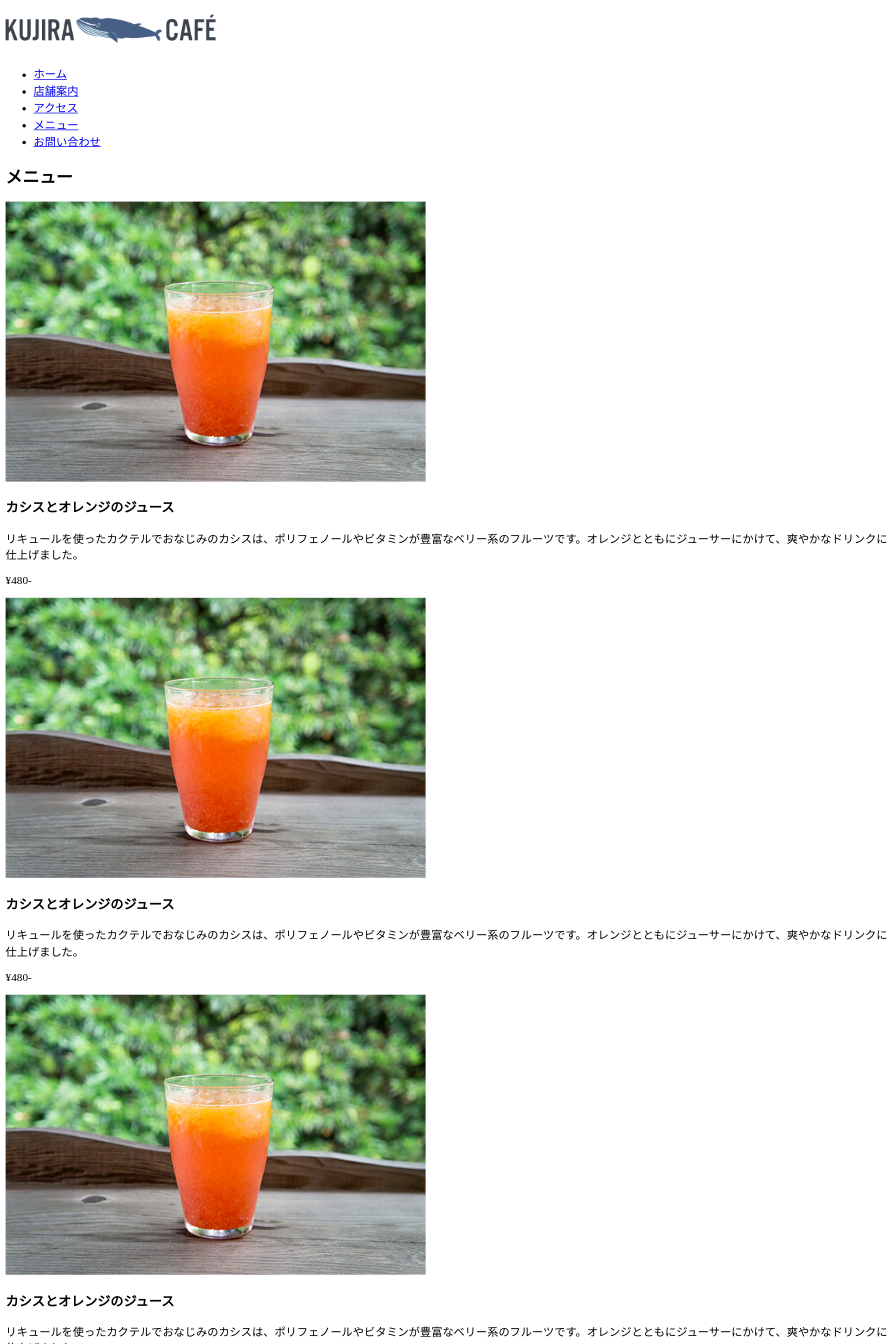
Repository: U-dias/work3
Page: cafe/menu.html
The author's editor kept a record of every edit. The page is drawn from the files as they stood at one moment, then again after the next edit.
The browser window is 1280 px wide. The pictures show the part of the page from y = 0 to 1920 px (the page is 2587 px tall), at 70% of full size.

Above is the page before.

### cafe/menu.html
<!doctype html>
<html>
  <head>
  <meta charset="utf-8">
  <title>メニュー | KUJIRA Cafe</title>
  </head>
  <body>
    <div class="wrapper">
      <!--ヘッダー-->
        <header class="hearder">
          <h1 class="logo"> <a href="index.html"><img src="images/logo.png" alt="KUJIRA Cafe"></a></h1>
          <nav class="nav">
              <ul>
                <li><a href="index.html">ホーム</a></li>
                <li><a href="about.html">店舗案内</a></li>
                <li><a href="access,html">アクセス</a></li>
                <li><a href="menu.html">メニュー</a></li>
                <li><a href="contact.html">お問い合わせ</a></li>

              </ul>
          </nav>
        </header>
        <!--ヘッダーここまで-->
        <!--メイン-->

        <main>
          <h2>メニュー</h2>
          <div class="menu-block">
            <div class="menu-item">
              <div class="menu-photo">
                <img src="images/menu-photo1.jpg" alt="">
              </div>
              <div class="menu-text">
                <h3>カシスとオレンジのジュース</h3>
                <p>リキュールを使ったカクテルでおなじみのカシスは、ポリフェノールやビタミンが豊富なベリー系のフルーツです。オレンジとともにジューサーにかけて、爽やかなドリンクに仕上げました。</p>
                <p>&yen;480-</p>

              </div>
            </div>

            <div class="menu-item">
              <div class="menu-photo">
                <img src="images/menu-photo1.jpg" alt="">
              </div>
              <div class="menu-text">
                <h3>カシスとオレンジのジュース</h3>
                <p>リキュールを使ったカクテルでおなじみのカシスは、ポリフェノールやビタミンが豊富なベリー系のフルーツです。オレンジとともにジューサーにかけて、爽やかなドリンクに仕上げました。</p>
                <p>&yen;480-</p>

              </div>
            </div>

            <div class="menu-item">
              <div class="menu-photo">
                <img src="images/menu-photo1.jpg" alt="">
              </div>
              <div class="menu-text">
                <h3>カシスとオレンジのジュース</h3>
                <p>リキュールを使ったカクテルでおなじみのカシスは、ポリフェノールやビタミンが豊富なベリー系のフルーツです。オレンジとともにジューサーにかけて、爽やかなドリンクに仕上げました。</p>
                <p>&yen;480-</p>

              </div>
            </div>

            <div class="menu-item">
              <div class="menu-photo">
                <img src="images/menu-photo1.jpg" alt="">
              </div>
              <div class="menu-text">
                <h3>カシスとオレンジのジュース</h3>
                <p>リキュールを使ったカクテルでおなじみのカシスは、ポリフェノールやビタミンが豊富なベリー系のフルーツです。オレンジとともにジューサーにかけて、爽やかなドリンクに仕上げました。</p>
                <p>&yen;480-</p>

              </div>
            </div>

          </div>

      </main>
      <!--メインここまで-->
      <!--フッター-->
      <footer class="footer">
        <p>&copy:Copyright KUJIRA Cafe. All rights reserved.</p>
      </footer>
      <!--フッターここまで-->
</div>
  </p>
  </body>
</html>

After the next edit:
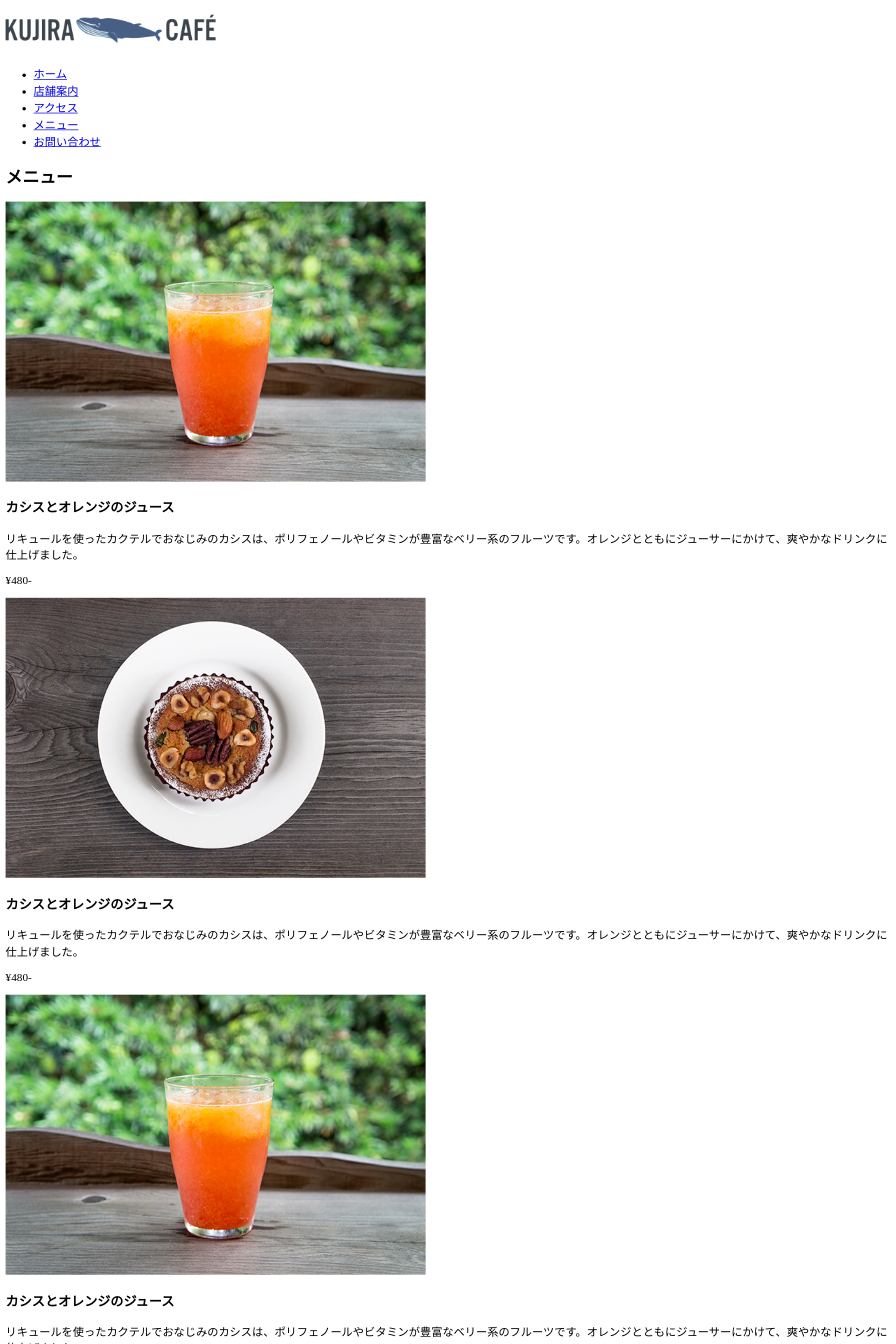
The edit:
--- a/cafe/menu.html
+++ b/cafe/menu.html
@@ -40,7 +40,7 @@
 
             <div class="menu-item">
               <div class="menu-photo">
-                <img src="images/menu-photo1.jpg" alt="">
+                <img src="images/menu-photo2.jpg" alt="">
               </div>
               <div class="menu-text">
                 <h3>カシスとオレンジのジュース</h3>
